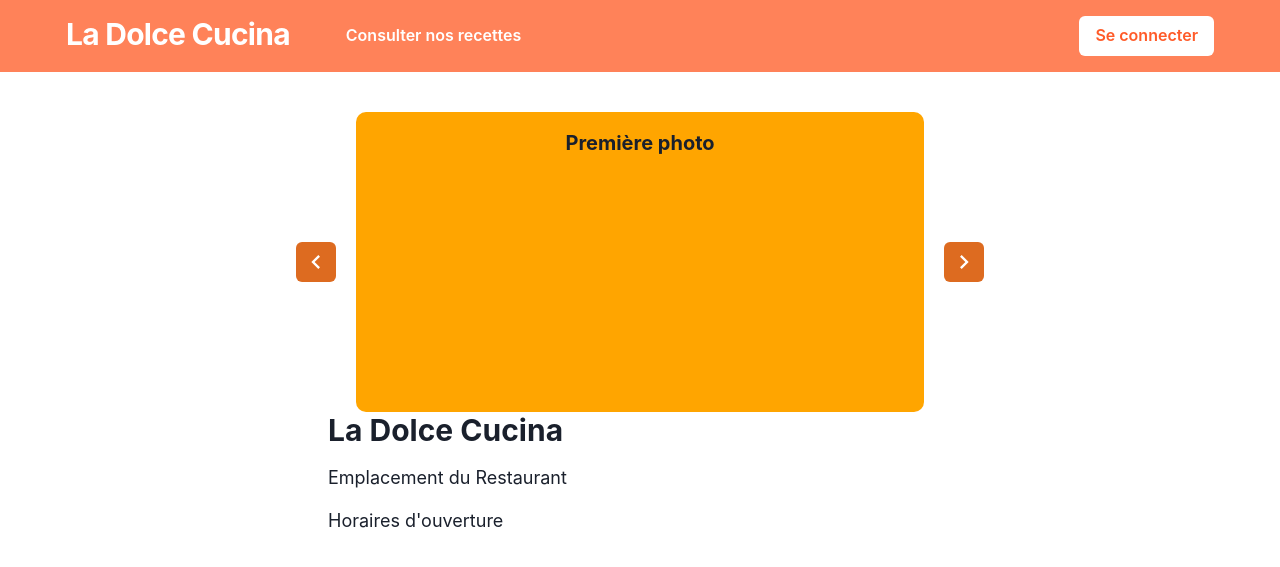
Repository: Ecaron76/tp-restau-next
Page: /
These files come from the project's save history. The page is drawn as it stood at one moment and after the next save; the edit follows.
The browser window is 1280 px wide. The pictures show the whole page.
The project was rebuilt for these pictures with package versions that can differ from the ones it lists, and the page was loaded fresh each time. The framework's server and built-in components were replaced by stand-ins that run in the browser. Also part of the build but not shown: next.config.mjs.

Above is the page before, as saved 2024-02-25 19:24:34.

### src/app/layout.tsx
'use client'

import { Inter } from "next/font/google";
import "./globals.css";
import { ChakraProvider, extendTheme  } from '@chakra-ui/react'
import Header from "@/components/Header/Header";
const theme = extendTheme({
  colors: {
    brand: {
      50: '#ffeee6',
      100: '#ffc7b7',
      200: '#ffa788',
      300: '#ff8259',
      400: '#ff5b29',
      500: '#ff3300',
      600: '#cc2900',
      700: '#991f00',
      800: '#661600',
      900: '#330c00',
    },
  },
});



export function Providers({ children }: { children: React.ReactNode }) {
  return <ChakraProvider theme={theme}>{children}</ChakraProvider>
}

export default function RootLayout({
  children,
}: Readonly<{
  children: React.ReactNode;
}>) {
  return (
    <html lang="en">
      <body>
        <Providers>{children}</Providers>
      </body>
    </html>
  );
}

### src/app/page.tsx
"use client"
import Image from "next/image";

import Header from "@/components/Header/Header";
import PageContainer from "@/components/PageContainer/PageContainer";
import SliderResto from "@/components/SliderResto/SliderResto";
import Slider from "react-slick";
import { Box, Flex, Heading, Text } from "@chakra-ui/react";
const settings = {
  dots: true,
  infinite: true,
  speed: 500,
  slidesToShow: 1,
  slidesToScroll: 1,
};
export default function Home() {
  const restaurantData = {
    name: 'La Dolce Cucina',
    location: 'Emplacement du Restaurant',
    hours: 'Horaires d\'ouverture',
    // Ajoutez d'autres données nécessaires
  };
  return (
    <main >
      <Header />
      <PageContainer>


        <SliderResto />
        {/* Image du restaurant */}

        {/* Informations du restaurant */}
        <Box ml={[0, 0, 8]} mt={[4, 4, 0]}>
          <Heading as="h1" fontSize="3xl" mb={4}>
            {restaurantData.name}
          </Heading>
          <Text fontSize="lg" mb={4}>
            {restaurantData.location}
          </Text>
          <Text fontSize="lg">
            {restaurantData.hours}
          </Text>
          {/* Ajoutez d'autres informations sur le restaurant ici */}
        </Box>

      </PageContainer>
    </main>
  );
}

### src/app/globals.css
:root {
  --max-width: 1100px;
  --border-radius: 12px;
  --font-mono: ui-monospace, Menlo, Monaco, "Cascadia Mono", "Segoe UI Mono",
    "Roboto Mono", "Oxygen Mono", "Ubuntu Monospace", "Source Code Pro",
    "Fira Mono", "Droid Sans Mono", "Courier New", monospace;

  --foreground-rgb: 0, 0, 0;
  --background-start-rgb: 214, 219, 220;
  --background-end-rgb: 255, 255, 255;

  --primary-glow: conic-gradient(
    from 180deg at 50% 50%,
    #16abff33 0deg,
    #0885ff33 55deg,
    #54d6ff33 120deg,
    #0071ff33 160deg,
    transparent 360deg
  );
  --secondary-glow: radial-gradient(
    rgba(255, 255, 255, 1),
    rgba(255, 255, 255, 0)
  );

  --tile-start-rgb: 239, 245, 249;
  --tile-end-rgb: 228, 232, 233;
  --tile-border: conic-gradient(
    #00000080,
    #00000040,
    #00000030,
    #00000020,
    #00000010,
    #00000010,
    #00000080
  );

  --callout-rgb: 238, 240, 241;
  --callout-border-rgb: 172, 175, 176;
  --card-rgb: 180, 185, 188;
  --card-border-rgb: 131, 134, 135;
}

@media (prefers-color-scheme: dark) {
  :root {
    --foreground-rgb: 255, 255, 255;
    --background-start-rgb: 0, 0, 0;
    --background-end-rgb: 0, 0, 0;

    --primary-glow: radial-gradient(rgba(1, 65, 255, 0.4), rgba(1, 65, 255, 0));
    --secondary-glow: linear-gradient(
      to bottom right,
      rgba(1, 65, 255, 0),
      rgba(1, 65, 255, 0),
      rgba(1, 65, 255, 0.3)
    );

    --tile-start-rgb: 2, 13, 46;
    --tile-end-rgb: 2, 5, 19;
    --tile-border: conic-gradient(
      #ffffff80,
      #ffffff40,
      #ffffff30,
      #ffffff20,
      #ffffff10,
      #ffffff10,
      #ffffff80
    );

    --callout-rgb: 20, 20, 20;
    --callout-border-rgb: 108, 108, 108;
    --card-rgb: 100, 100, 100;
    --card-border-rgb: 200, 200, 200;
  }
}

* {
  box-sizing: border-box;
  padding: 0;
  margin: 0;
}

html,
body {

  overflow-x: hidden;
}

body {
  color: rgb(var(--foreground-rgb));
  background: linear-gradient(
      to bottom,
      transparent,
      rgb(var(--background-end-rgb))
    )
    rgb(var(--background-start-rgb));
}

a {
  color: inherit;
  text-decoration: none;
}

@media (prefers-color-scheme: dark) {
  html {
    color-scheme: dark;
  }
}

### src/components/Header/Header.tsx
import { Box, Flex, Heading, Spacer, Button } from '@chakra-ui/react';
import NextLink from 'next/link'; // Pour gérer la navigation entre les pages

const Header = () => {
  return (
    <Box bg="brand.300" p={4} color="white">
      <Flex alignItems="center" maxW="100%" marginLeft={'50px'} marginRight={'50px'} justifyContent='space-between'>
        {/* Logo ou Nom du restaurant */}
        <Box display={'flex'} gap={10}>
        <Heading as="h1" size="lg" letterSpacing="tight">
          <NextLink href="/" passHref>
            La Dolce Cucina
          </NextLink>
        </Heading>
        <Box>
          <NextLink href="/recettes" passHref>
            <Button  variant="ghost" color={'white'}>
              Consulter nos recettes
            </Button>
          </NextLink>
        </Box>
        </Box>
        <Box>
          <NextLink href="/login" passHref>
            <Button  variant="ghost" color={'brand.400'} bg={'white'}>
              Se connecter
            </Button>
          </NextLink>
        </Box>
      </Flex>
    </Box>
  );
};

export default Header;

### src/components/PageContainer/PageContainer.tsx
import { Box } from "@chakra-ui/react";

export default function PageContainer({children}: {children: React.ReactNode}) {
    return (
      <Box marginRight={'20%'}marginLeft={'20%'}  padding={10}>
        {children}
      </Box>
    )
  }

### src/components/SliderResto/SliderResto.tsx
import { ChevronLeftIcon, ChevronRightIcon } from "@chakra-ui/icons";
import { Box, Button, HStack, IconButton, Text } from "@chakra-ui/react";
import { useState } from "react";

export default function SliderResto() {
    const [currentSlide, setCurrentSlide] = useState(0);
    const slides = [
        { id: 1, title: 'Première photo', },
        { id: 2, title: 'Deuxième photo',  },
        { id: 3, title: 'Troisième photo',  },
      ];

      const goToNextSlide = () => {
        setCurrentSlide((prevSlide: number) => (prevSlide + 1) % slides.length);
      };

      const goToPrevSlide = () => {
        setCurrentSlide((prevSlide: number) => (prevSlide - 1 + slides.length) % slides.length);
      };
  return (
    <Box position="relative" textAlign="center" >
      <Box display={'flex'} justifyContent={'center'} alignItems={'center'} gap={5}>
        <IconButton
          onClick={goToPrevSlide}
          icon={<ChevronLeftIcon boxSize={7} />}
          colorScheme="orange"
          size="md"
          aria-label="Précédent"
        />
        <Box position="relative" textAlign="center" p={4} bg={'orange'} width={600} height={300} borderRadius={10}>
          <Text fontSize="xl" fontWeight="bold" mb={2}>
            {slides[currentSlide].title}
          </Text>
        </Box>
        <IconButton
          onClick={goToNextSlide}
          icon={<ChevronRightIcon boxSize={7} />}
          colorScheme="orange"
          size="md"
          aria-label="Suivant"
        />
      </Box>

    </Box>
  );
}

After the next save:
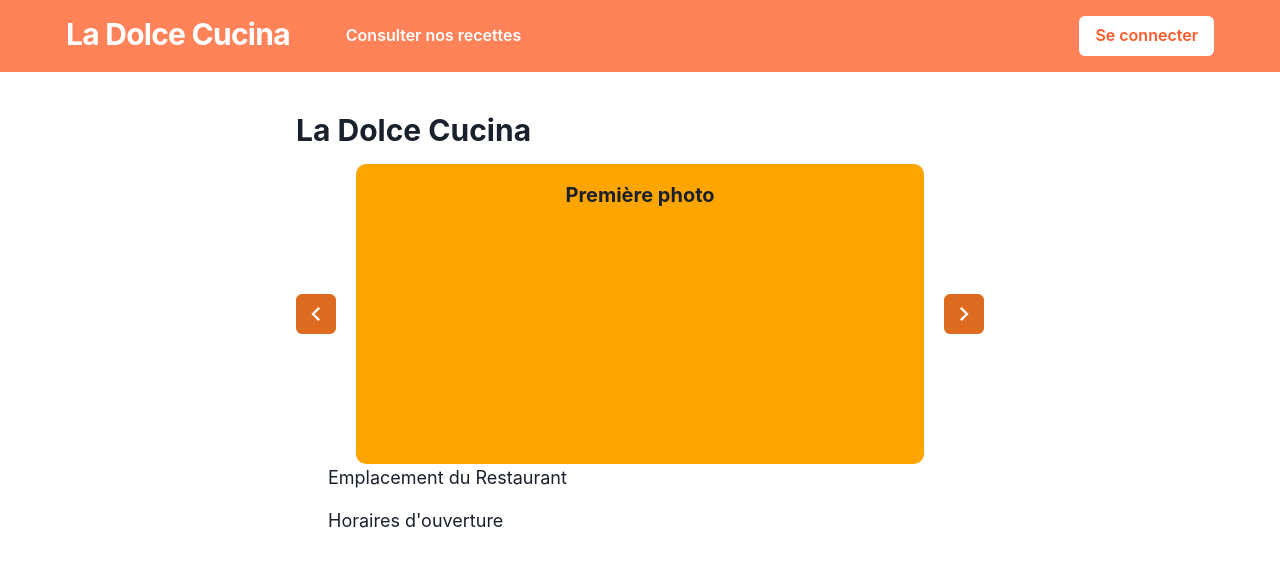
Saved 30 s later.
--- a/src/app/page.tsx
+++ b/src/app/page.tsx
@@ -25,15 +25,15 @@ export default function Home() {
       <Header />
       <PageContainer>
 
-
+      <Heading as="h1" fontSize="3xl" mb={4}>
+            {restaurantData.name}
+          </Heading>
         <SliderResto />
         {/* Image du restaurant */}
 
         {/* Informations du restaurant */}
         <Box ml={[0, 0, 8]} mt={[4, 4, 0]}>
-          <Heading as="h1" fontSize="3xl" mb={4}>
-            {restaurantData.name}
-          </Heading>
+
           <Text fontSize="lg" mb={4}>
             {restaurantData.location}
           </Text>
